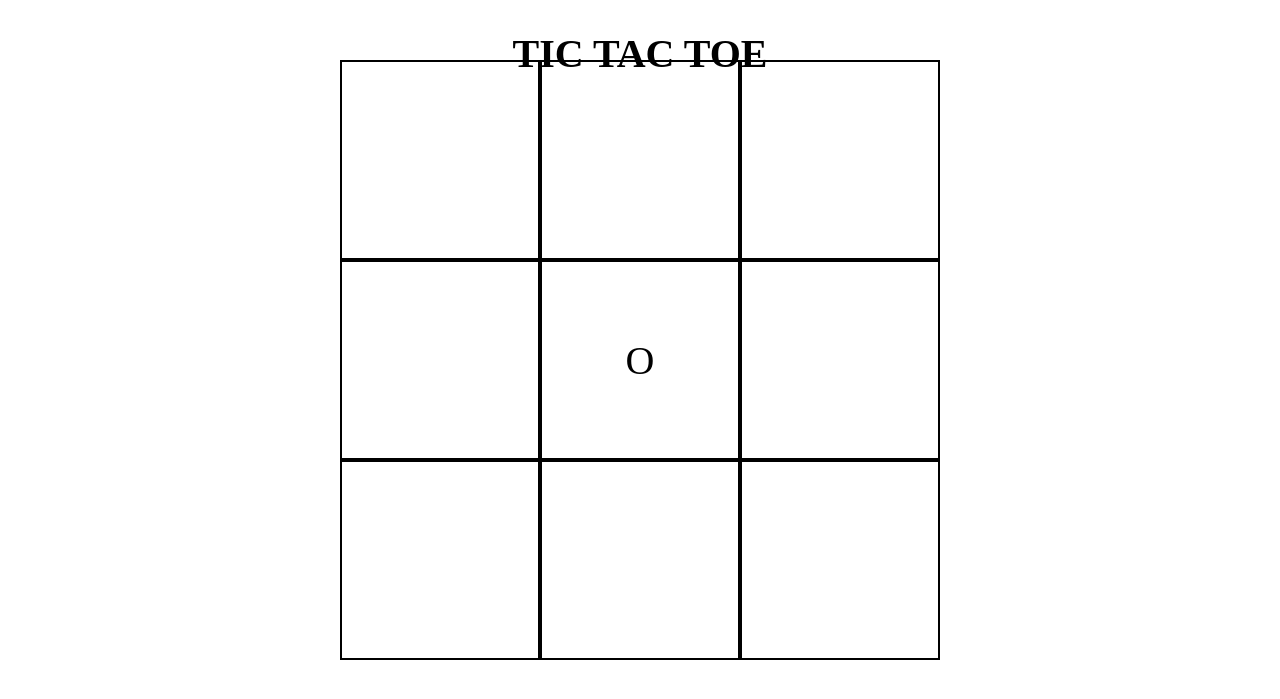
Repository: baumanmilosz/tictactoe
Page: index.html
These files come from the project's save history. The page is drawn as it stood at one moment and after the next save; the edit follows.
The browser window is 1280 px wide. The pictures show the whole page.

Above is the page before, as saved 2019-02-24 13:07:53.

After the next save:
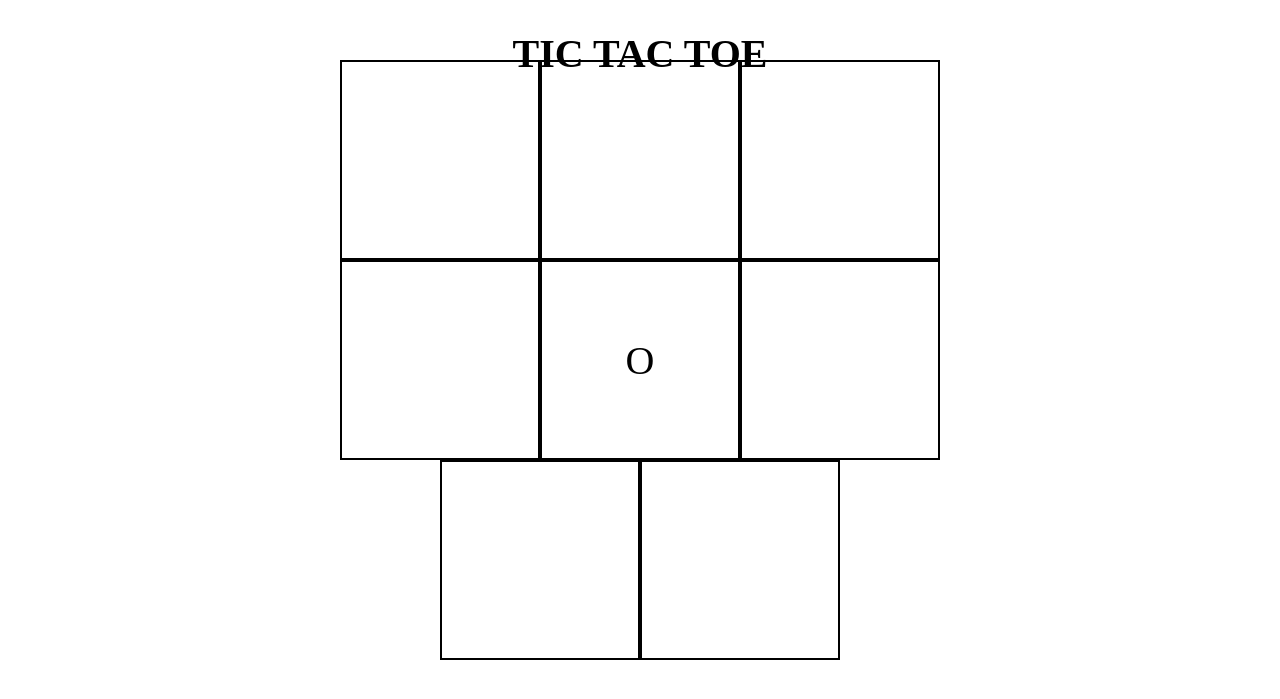
Saved 7 s later.
--- a/index.html
+++ b/index.html
@@ -16,7 +16,7 @@
   </header>
   <div class="board">
     <div class="box circle" data-row="1" data-col="1"></div>
-    <div class="box" data-row="1" data-col="2"></div>
+    <div class="box.cross" data-row="1" data-col="2"></div>
     <div class="box" data-row="1" data-col="3"></div>
     <div class="box" data-row="2" data-col="1"></div>
     <div class="box" data-row="2" data-col="2"></div>

After the save that followed:
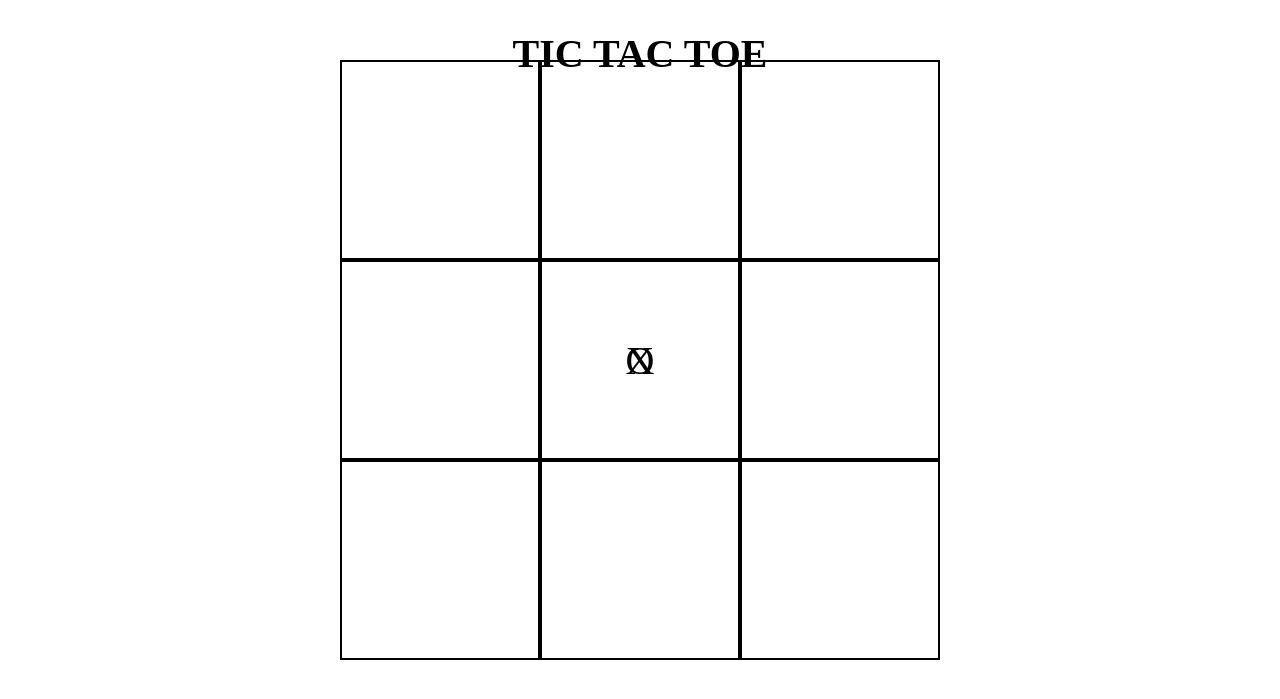
Saved 4 s later.
--- a/index.html
+++ b/index.html
@@ -16,7 +16,7 @@
   </header>
   <div class="board">
     <div class="box circle" data-row="1" data-col="1"></div>
-    <div class="box.cross" data-row="1" data-col="2"></div>
+    <div class="box cross" data-row="1" data-col="2"></div>
     <div class="box" data-row="1" data-col="3"></div>
     <div class="box" data-row="2" data-col="1"></div>
     <div class="box" data-row="2" data-col="2"></div>
